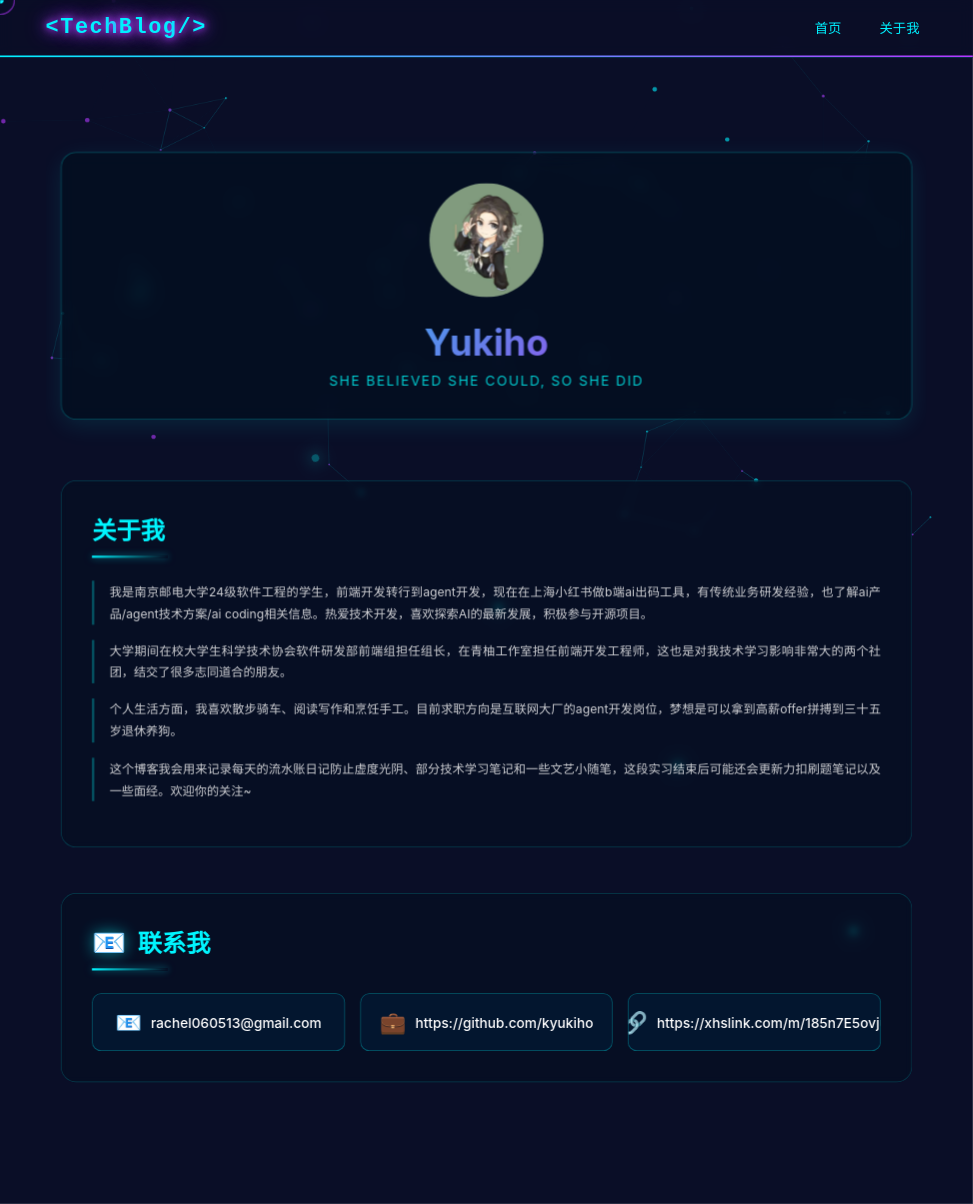
Repository: kyukiho/blog
Page: /about
The author's editor kept a copy of each file at every save. The page is drawn from the files as they stood at one save, then again after the next save.
The browser window is 1280 px wide. The pictures show the whole page, at 76% of full size.
The project was rebuilt for these pictures with package versions that can differ from the ones it lists, and the page was loaded fresh each time. Also part of the build but not shown: vite.config.js, src/components/BlogList.css, src/components/BlogList.jsx, src/components/BlogDetail.css, src/components/BlogDetail.jsx.

Above is the page before, as saved 2026-03-15 22:15:47.

After the next save:
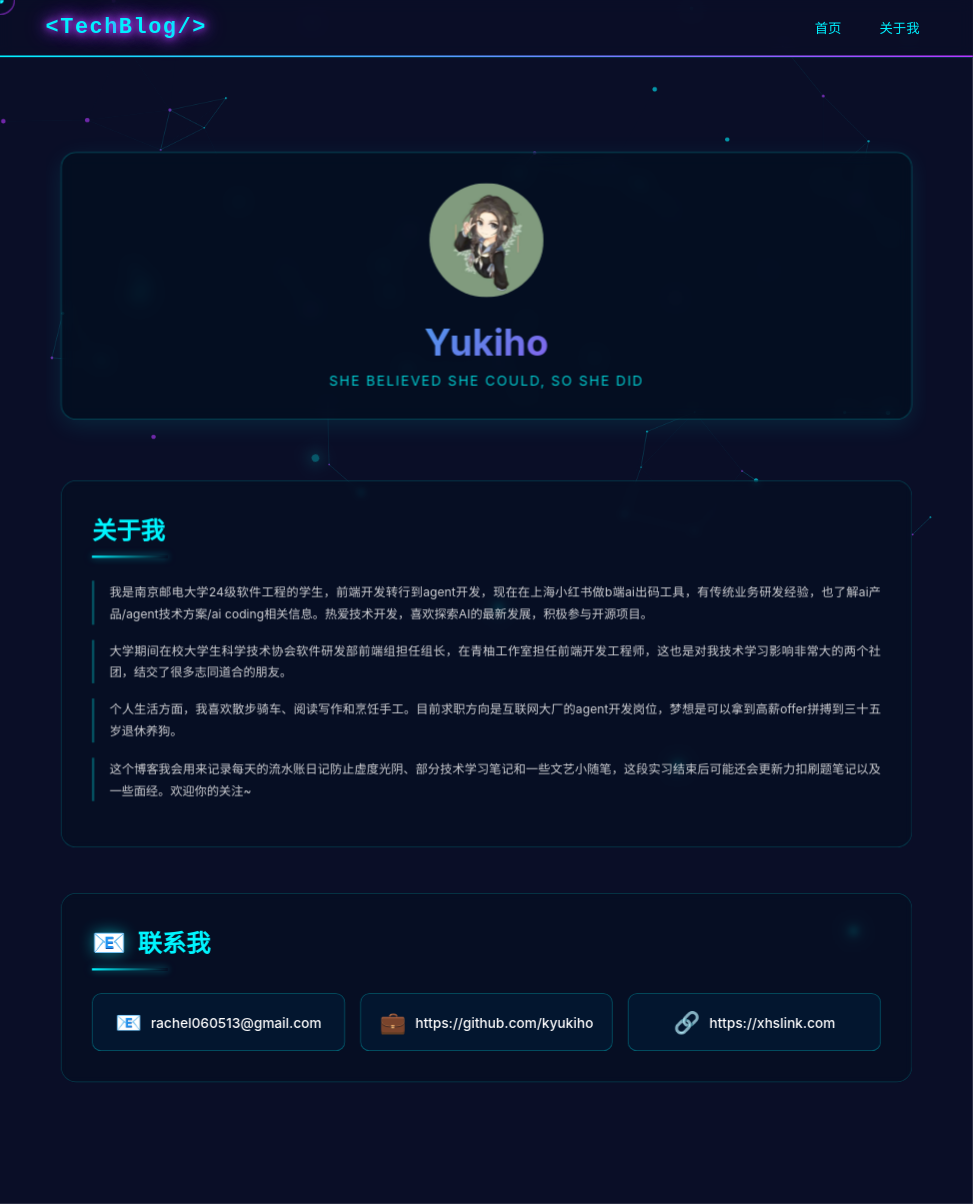
Saved 13 s later.
--- a/src/components/About.jsx
+++ b/src/components/About.jsx
@@ -92,7 +92,7 @@ const About = () => {
               {[
                 { icon: '📧', text: 'rachel060513@gmail.com' },
                 { icon: '💼', text: 'https://github.com/kyukiho', href: 'https://github.com/kyukiho' },
-                { icon: '🔗', text: 'https://xhslink.com/m/185n7E5ovju', href: 'https://xhslink.com/m/185n7E5ovju' },
+                { icon: '🔗', text: 'https://xhslink.com', href: 'https://xhslink.com/m/185n7E5ovju' },
               ].map((link, index) => (
                 <motion.a
             key={link.text}
